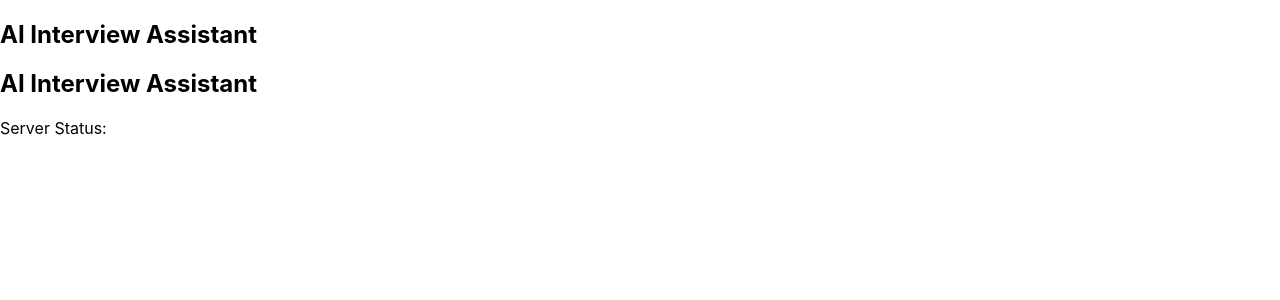
Repository: Atharva-1512/ai-interview-assistant
Page: / (app in frontend/)
These files come from the project's save history. The page is drawn as it stood at one moment and after the next save; the edit follows.
The browser window is 1280 px wide. The pictures show the whole page.
The project was rebuilt for these pictures with package versions that can differ from the ones it lists, and the page was loaded fresh each time.

Above is the page before, as saved 2026-03-08 17:58:49.

### frontend/src/App.js
import Navbar from "./components/Navbar";
import Interview from "./pages/Interview";

function App() {
  return (
    <div>
      <Navbar />
      <Interview />
    </div>
  );
}

export default App;

### frontend/src/components/Navbar.js
function Navbar() {
  return (
    <nav>
      <h2>AI Interview Assistant</h2>
    </nav>
  );
}

export default Navbar;

### frontend/src/pages/Interview.js
import { useEffect, useState } from "react";
import API from "../services/api";

function Interview() {
  const [message, setMessage] = useState("");

  useEffect(() => {
    API.get("/")
      .then(res => {
        setMessage(res.data.message);
      })
      .catch(err => {
        console.error(err);
      });
  }, []);

  return (
    <div>
      <h2>AI Interview Assistant</h2>
      <p>Server Status: {message}</p>
    </div>
  );
}


export default Interview;

### frontend/src/services/api.js
import axios from "axios";

const API = axios.create({
  baseURL: "http://localhost:5000"
});

export const getQuestion = () => API.get("/question");

export default API;

Loaded but not shown: frontend/public/index.html (common file); frontend/src/index.js (common file); frontend/src/index.css (common file); frontend/src/reportWebVitals.js (common file)

After the next save:
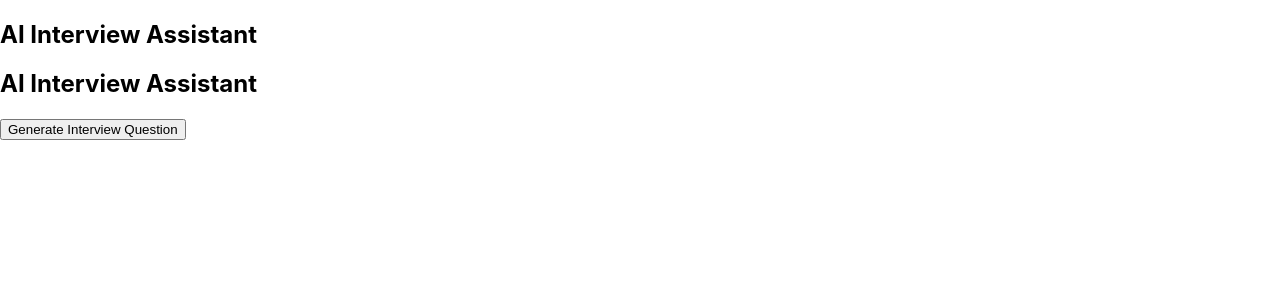
Saved 47 s later.
--- a/frontend/src/pages/Interview.js
+++ b/frontend/src/pages/Interview.js
@@ -1,26 +1,36 @@
-import { useEffect, useState } from "react";
-import API from "../services/api";
+import { useState } from "react";
+import { getQuestion } from "../services/api";
 
 function Interview() {
-  const [message, setMessage] = useState("");
 
-  useEffect(() => {
-    API.get("/")
-      .then(res => {
-        setMessage(res.data.message);
-      })
-      .catch(err => {
-        console.error(err);
-      });
-  }, []);
+  const [question, setQuestion] = useState("");
+
+  const fetchQuestion = async () => {
+    try {
+      const res = await getQuestion();
+      setQuestion(res.data.question);
+    } catch (error) {
+      console.error(error);
+    }
+  };
 
   return (
     <div>
       <h2>AI Interview Assistant</h2>
-      <p>Server Status: {message}</p>
+
+      <button onClick={fetchQuestion}>
+        Generate Interview Question
+      </button>
+
+      {question && (
+        <div>
+          <h3>Question:</h3>
+          <p>{question}</p>
+        </div>
+      )}
+
     </div>
   );
 }
 
-
 export default Interview;
